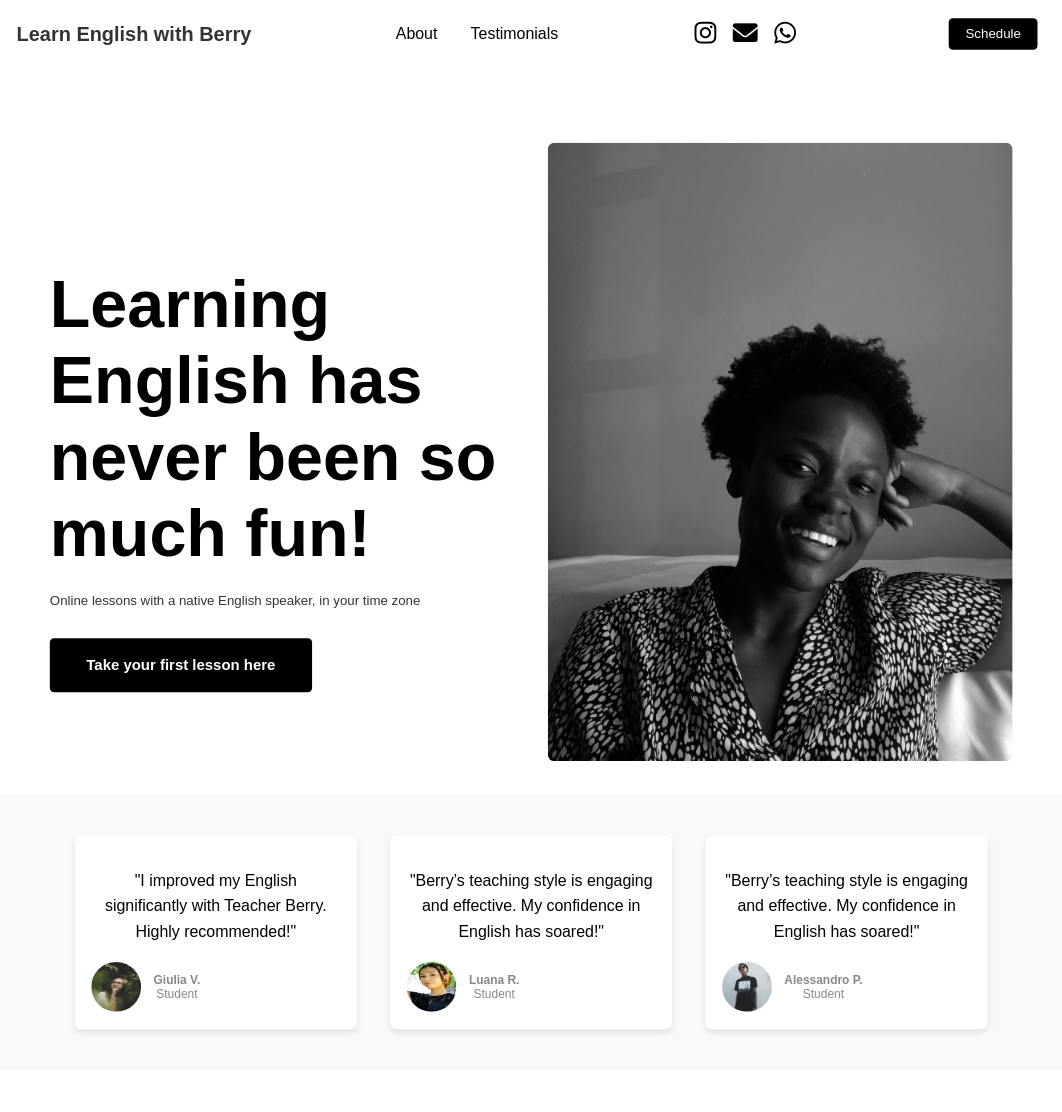
Repository: ntandomagana/esl-landing-page
Page: index.html
The author's editor kept a copy of each file at every save. The page is drawn from the files as they stood at one save, then again after the next save.
The browser window is 1280 px wide. The pictures show the whole page, at 83% of full size.

Above is the page before, as saved 2024-07-17 13:52:50.

After the next save:
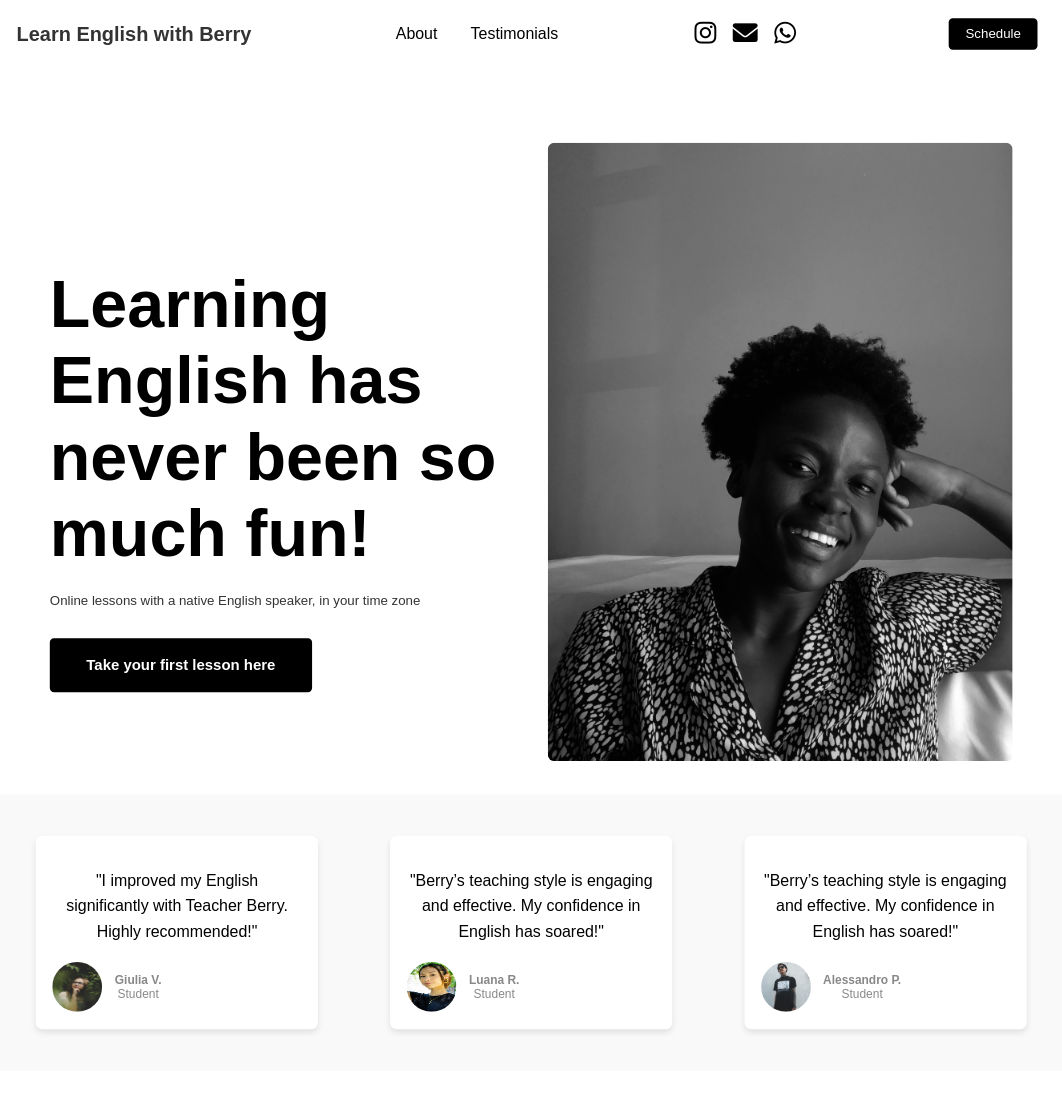
Saved 66 s later.
--- a/index.css
+++ b/index.css
@@ -179,7 +179,7 @@ nav ul li a:hover {
 
 .testimonials-container {
     display: flex;
-    justify-content: center; /* Center align items horizontally */
+    justify-content: space-around; /* Center align items horizontally */
     flex-wrap: wrap; /* Allow items to wrap to the next line if needed */
 }
 
